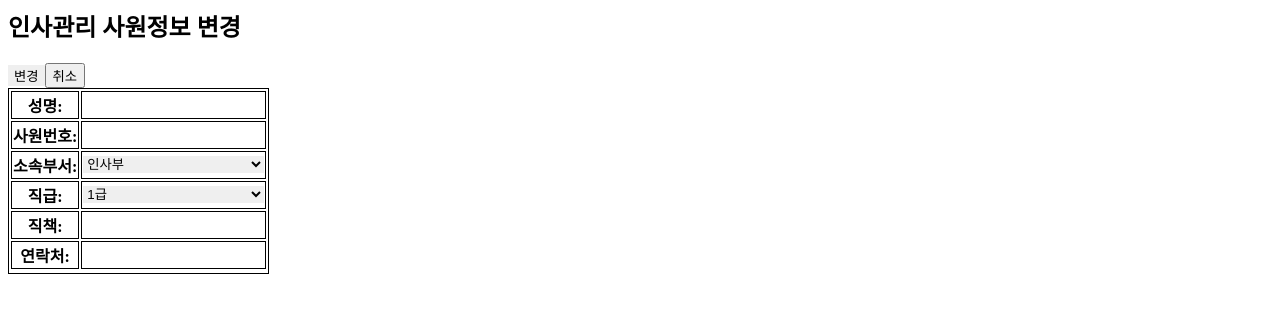
Repository: guguping/finalTestStudy
Page: http://localhost/test1/updateMemberForm.jsp
These files come from the project's save history. The page is drawn as it stood at one moment and after the next save; the edit follows.
The browser window is 1280 px wide. The pictures show the whole page.
The page is served by Tomcat 9.

Above is the page before, as saved 2023-07-28 04:32:08.

After the next save:
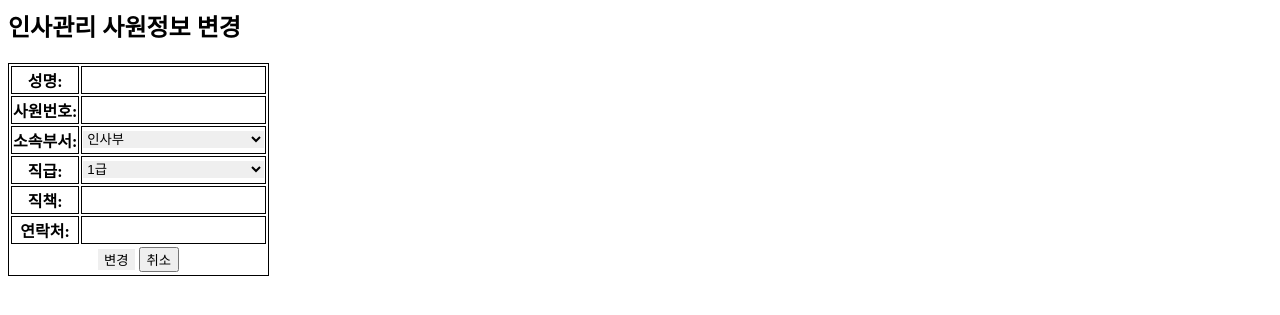
Saved 16 s later.
--- a/test1/src/main/webapp/updateMemberForm.jsp
+++ b/test1/src/main/webapp/updateMemberForm.jsp
@@ -60,7 +60,7 @@
 			<th><input type="text" id="phone" name="phone"></th>
 		</tr>
 		<tr>
-        <input type="submit" value="변경"> <button type="button" onclick="location.href='index.jsp'">취소</button></tr>
+        <td colspan = "2"><input type="submit" value="변경"> <button type="button" onclick="location.href='index.jsp'">취소</button></tr>
         </table>
     </form>
 
